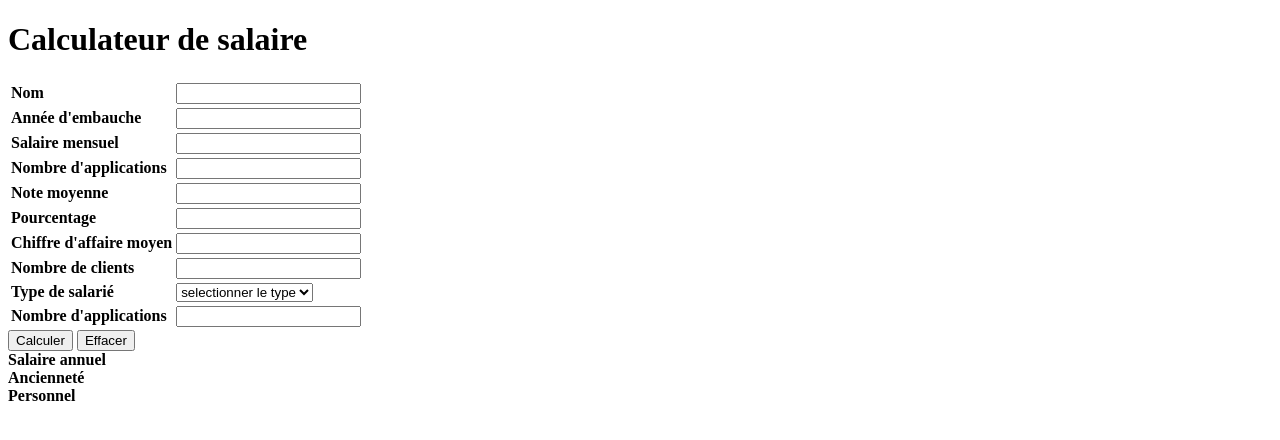
Repository: AgatheLM/formation_js
Page: insee-travaux-js/insee-client-js/tp2.html
An editor plug-in stored every save of this project. The page is shown before and after the next save, followed by the edit.
The browser window is 1280 px wide. The pictures show the whole page.

Above is the page before, as saved 2018-01-25 10:17:50.

After the next save:
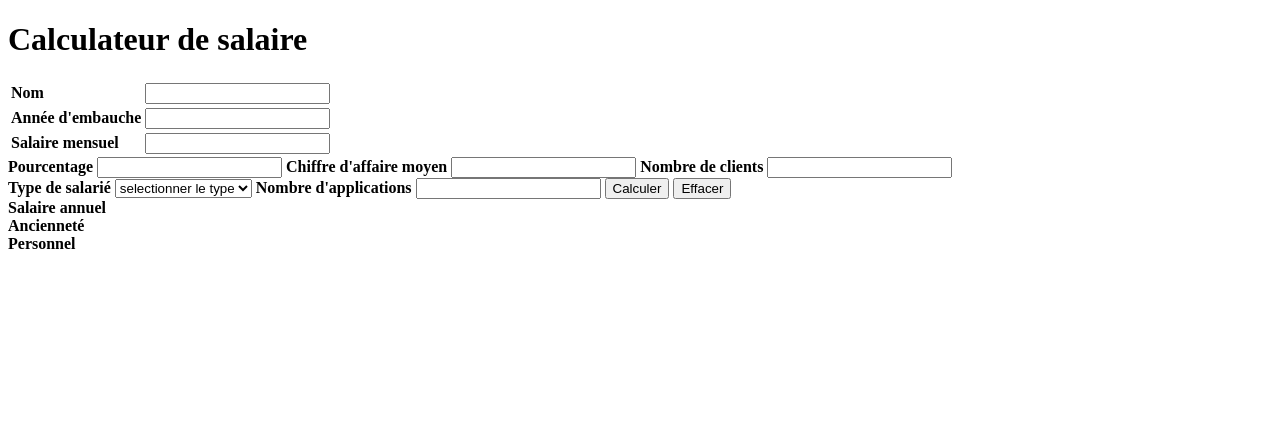
Saved 67 s later.
--- a/insee-travaux-js/insee-client-js/tp2.html
+++ b/insee-travaux-js/insee-client-js/tp2.html
@@ -24,16 +24,22 @@
 				<td> <label for="salaireM"> <strong> Salaire mensuel </strong> </label></td>
 				<td> <input type="text" id="salaireM" name="salaireM" value=""> </td>
 			</tr>
-			<div id="divDev" style="display:none">
-				<tr>
-					<td> <label for="nbAppli"> <strong> Nombre d'applications </strong> </label></td>
-					<td> <input type="text" id="nbAppli" name="nbAppli" value=""> </td>
-				</tr>
-				<tr>
-					<td> <label for="note"> <strong> Note moyenne </strong> </label></td>
-					<td> <input type="text" id="note" name="note" value=""> </td>
-				</tr>
-			</div>
+		</tbody>
+	</table>
+	<div id="divDev" style="display:none">
+		<table>
+			<tbody>
+					<tr>
+						<td> <label for="nbAppli"> <strong> Nombre d'applications </strong> </label></td>
+						<td> <input type="text" id="nbAppli" name="nbAppli" value=""> </td>
+					</tr>
+					<tr>
+						<td> <label for="note"> <strong> Note moyenne </strong> </label></td>
+						<td> <input type="text" id="note" name="note" value=""> </td>
+					</tr>
+			</tbody>
+		</table>
+	</div>
 			<div id="divCom">
 				<tr>
 					<td> <label for="pourcent"> <strong> Pourcentage </strong> </label></td>
